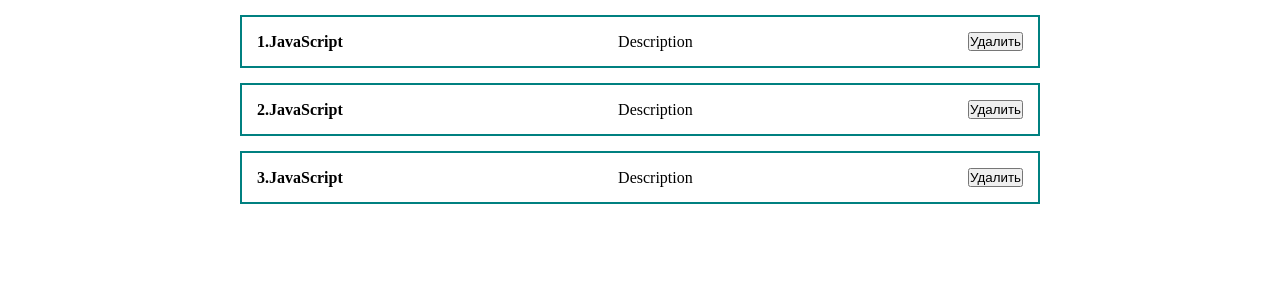
Repository: otvertka/ulb2_react
Page: / (app in jk_project/)
The author's editor kept a copy of each file at every save. The page is drawn from the files as they stood at one save, then again after a run of saves.
The browser window is 1280 px wide. The pictures show the whole page.
The project was rebuilt for these pictures with package versions that can differ from the ones it lists, and the page was loaded fresh each time. Also part of the build but not shown: jk_project/src/component/Counter.jsx, jk_project/src/component/ClassCounter.jsx.

Above is the page before, as saved 2023-09-08 11:03:43.

### jk_project/public/index.html
<!DOCTYPE html>
<html lang="en">
  <head>
    <meta charset="utf-8" />

    <meta name="viewport" content="width=device-width, initial-scale=1" />

    <title>React App</title>
  </head>
  <body>
    <noscript>You need to enable JavaScript to run this app.</noscript>
    <div id="root"></div>
    <!-- Здесь будет приложение JS -->
  </body>
</html>

### jk_project/src/App.js
import React, { useState } from "react";
import Counter from "./component/Counter";
import ClassCounter from "./component/ClassCounter";
import classes from "./styles/App.css";
import PostItem from "./component/PostItem";

function App() {
  // const [count, setCount] = useState(0);
  const [value, setValue] = useState("");

  return (
    <div className="App">
      <PostItem post={{ id: 1, title: "JavaScript", body: "Description" }} />
      <PostItem post={{ id: 2, title: "JavaScript", body: "Description" }} />
      <PostItem post={{ id: 3, title: "JavaScript", body: "Description" }} />
    </div>
  );
}

export default App;

### jk_project/src/styles/app.css
* {
  margin: 0;
  padding: 0;
  box-sizing: border-box;
}

#root {
  display: flex;
  justify-content: center;
}

.App {
  width: 800px;
}

.post {
  display: flex;
  padding: 15px;
  border: 2px solid teal;
  margin-top: 15px;
  justify-content: space-between;
  align-items: center;
}

### jk_project/src/component/PostItem.jsx
import React from "react";

const PostItem = (props) => {
  console.log(props);
  return (
    <div>
      <div className="post">
        <div className="post__content">
          <strong>
            {props.post.id}.{props.post.title}
          </strong>
        </div>
        <div>{props.post.body}</div>
        <div className="post__btns">
          <button>Удалить</button>
        </div>
      </div>
    </div>
  );
};

export default PostItem;

Loaded but not shown: jk_project/src/index.js (common file)

After the next 3 saves:
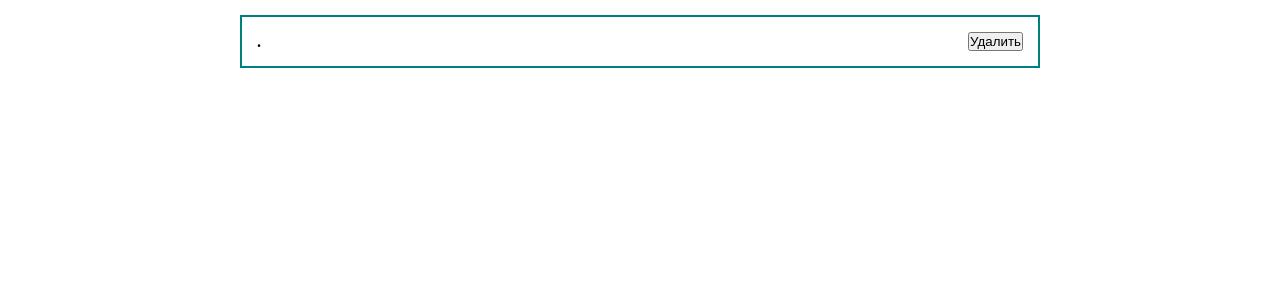
The 3 saves are shown as one change because 2 did not build or start.
The last was saved 108 s later.
--- a/jk_project/src/App.js
+++ b/jk_project/src/App.js
@@ -5,14 +5,15 @@ import classes from "./styles/App.css";
 import PostItem from "./component/PostItem";
 
 function App() {
-  // const [count, setCount] = useState(0);
-  const [value, setValue] = useState("");
+  const [posts, setPosts] = useState([
+    { id: 1, title: "JavaScript", body: "Description" },
+    { id: 2, title: "JavaScript 2", body: "Description" },
+    { id: 3, title: "JavaScript 3", body: "Description" },
+  ]);
 
   return (
     <div className="App">
-      <PostItem post={{ id: 1, title: "JavaScript", body: "Description" }} />
-      <PostItem post={{ id: 2, title: "JavaScript", body: "Description" }} />
-      <PostItem post={{ id: 3, title: "JavaScript", body: "Description" }} />
+      <PostItem post={posts} />
     </div>
   );
 }
